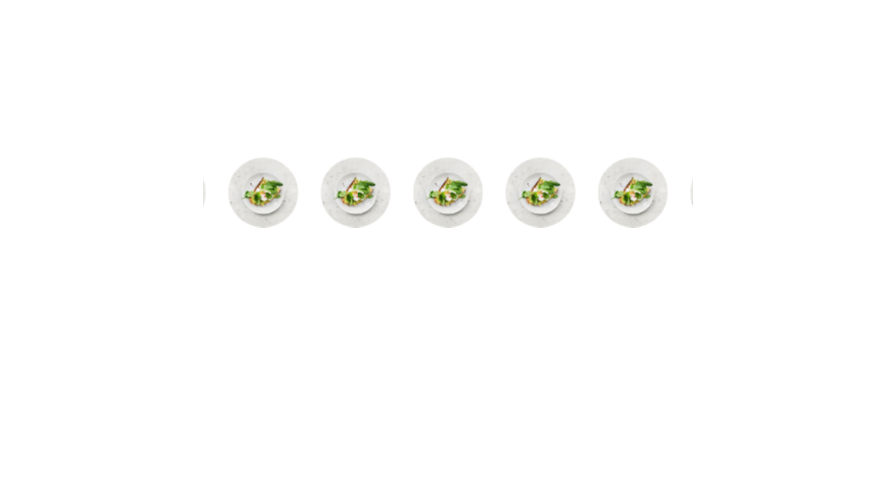
Repository: nambui98/slider
Page: /
An editor plug-in stored every save of this project. The page is shown before and after the next save, followed by the edit.
The browser window is 1280 px wide. The pictures show the part of the page from y = 0 to 1920 px (the page is 720 px tall before and 5910 px after), at 70% of full size.
The project was rebuilt for these pictures with package versions that can differ from the ones it lists, and the page was loaded fresh each time. Also part of the build but not shown: vite.config.ts.

Above is the page before, as saved 2022-04-12 11:48:06.

After the next save:
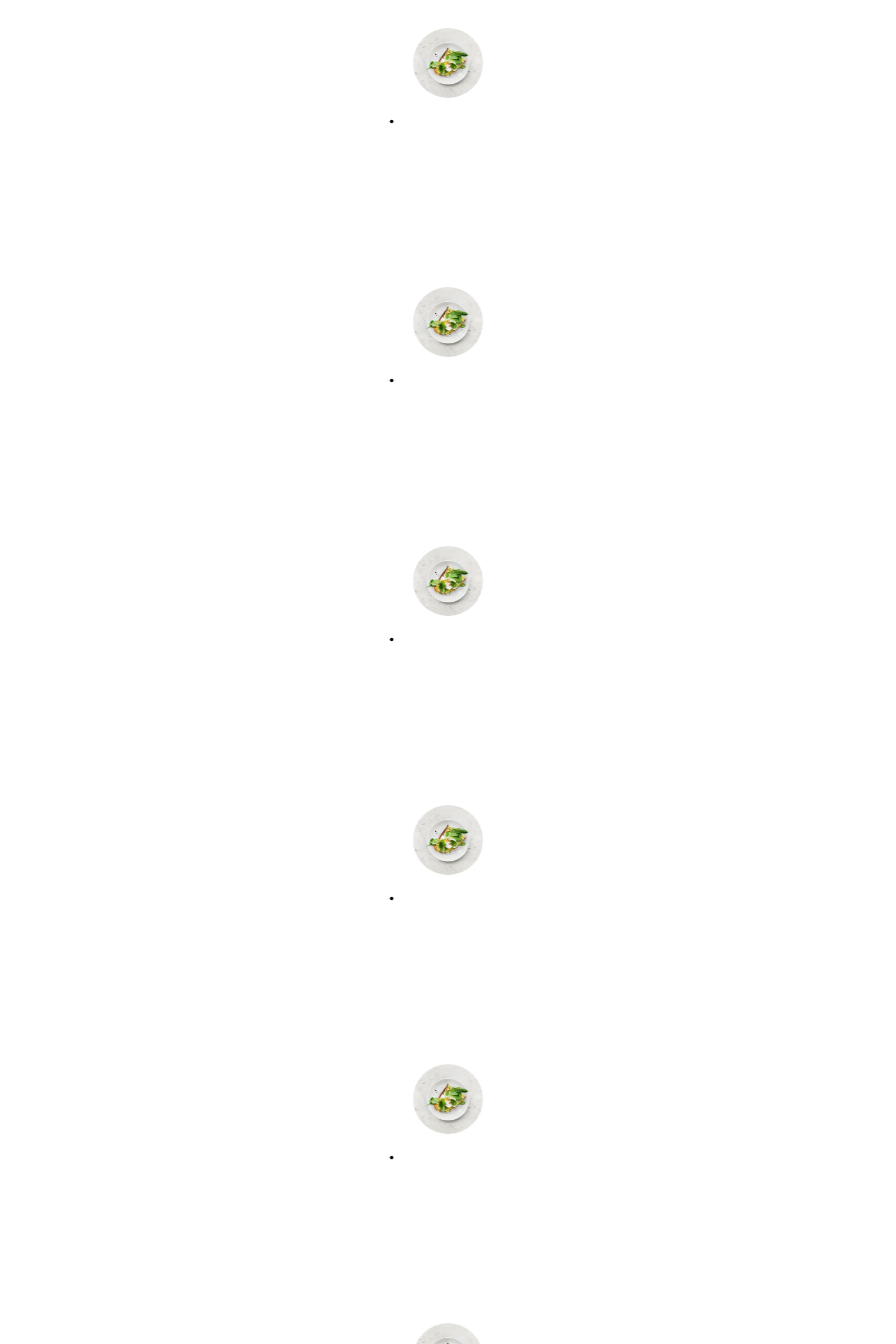
Saved 69 s later.
--- a/src/App.tsx
+++ b/src/App.tsx
@@ -58,8 +58,8 @@ function App() {
 `
   return (
     <div className="App">
-      <ul>
-        <Horizolsider>
+      <Horizolsider>
+        <ul>
 
           {
 
@@ -73,8 +73,8 @@ function App() {
             </li>
             )
           }
-        </Horizolsider>
-      </ul>
+        </ul>
+      </Horizolsider>
     </div>
   )
 }
